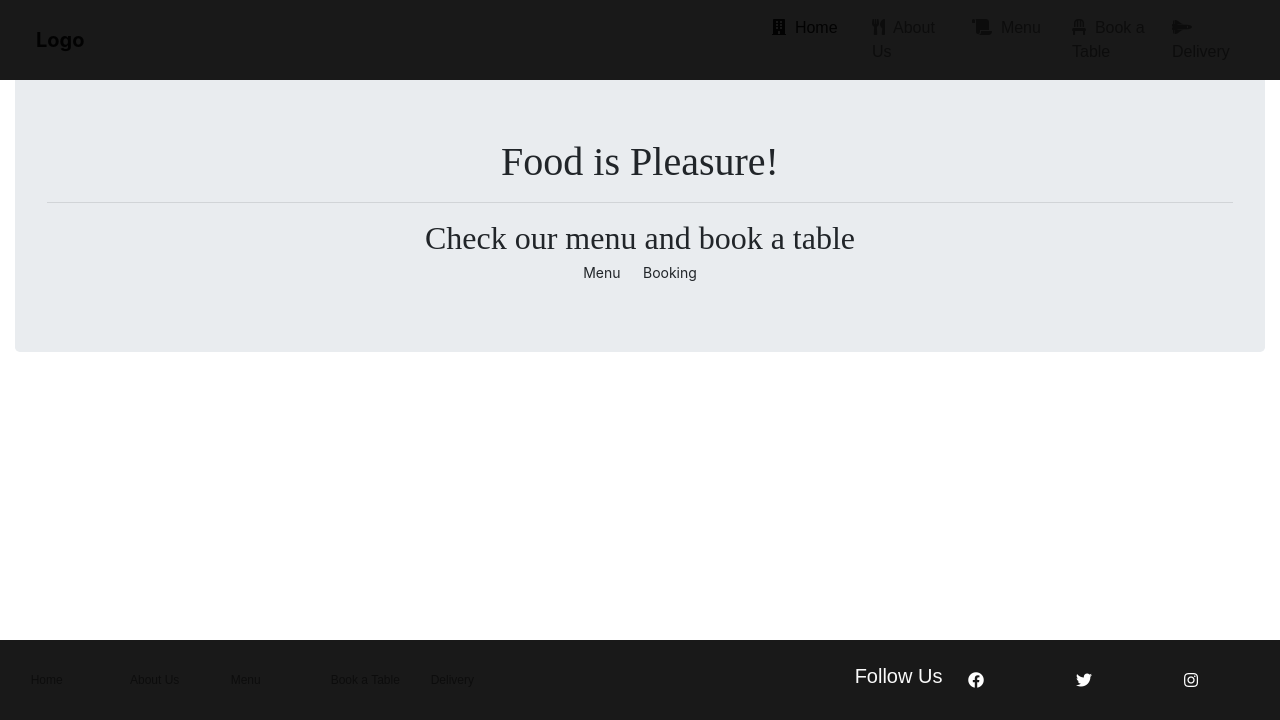
Repository: Code-Institute-Submissions/vinicald-Milestone-Project-1
Page: index2.html
The author's editor kept a record of every edit. The page is drawn from the files as they stood at one moment, then again after the next edit.
The browser window is 1280 px wide. The pictures show the whole page.
Some web libraries are served in a nearby version.

Above is the page before.

After the next edit:
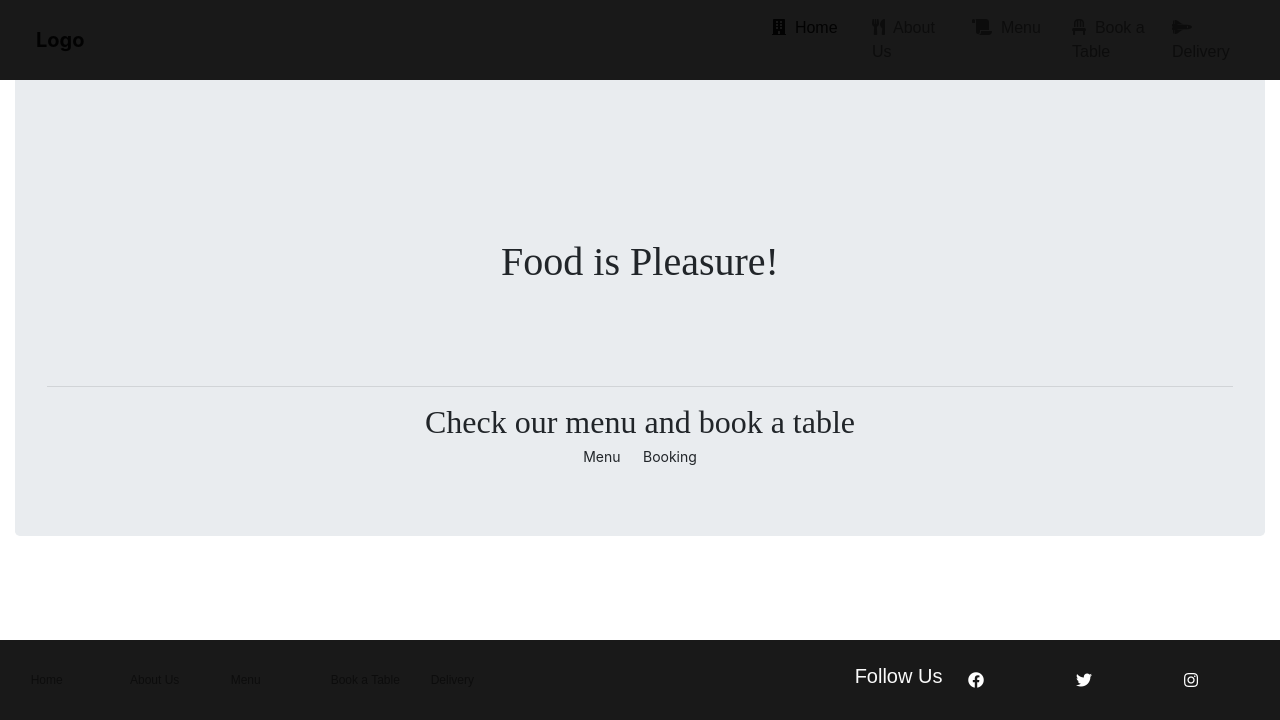
The edit:
--- a/style2.css
+++ b/style2.css
@@ -115,3 +115,9 @@
     display: inline-block;
     width: 100%;
 }
+
+h1 {
+    margin: 100px;
+    text-align: center;
+    padding: 0;
+}

After the edit that followed:
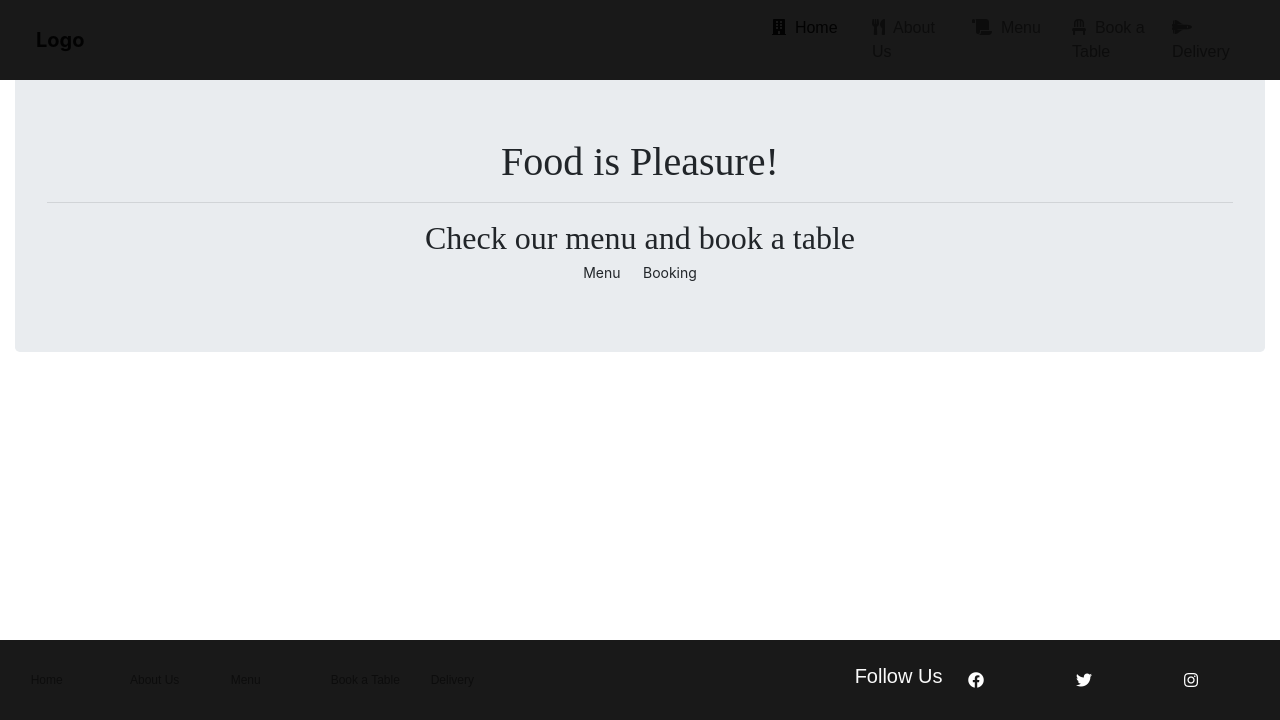
The edit:
--- a/style2.css
+++ b/style2.css
@@ -115,9 +115,3 @@
     display: inline-block;
     width: 100%;
 }
-
-h1 {
-    margin: 100px;
-    text-align: center;
-    padding: 0;
-}
